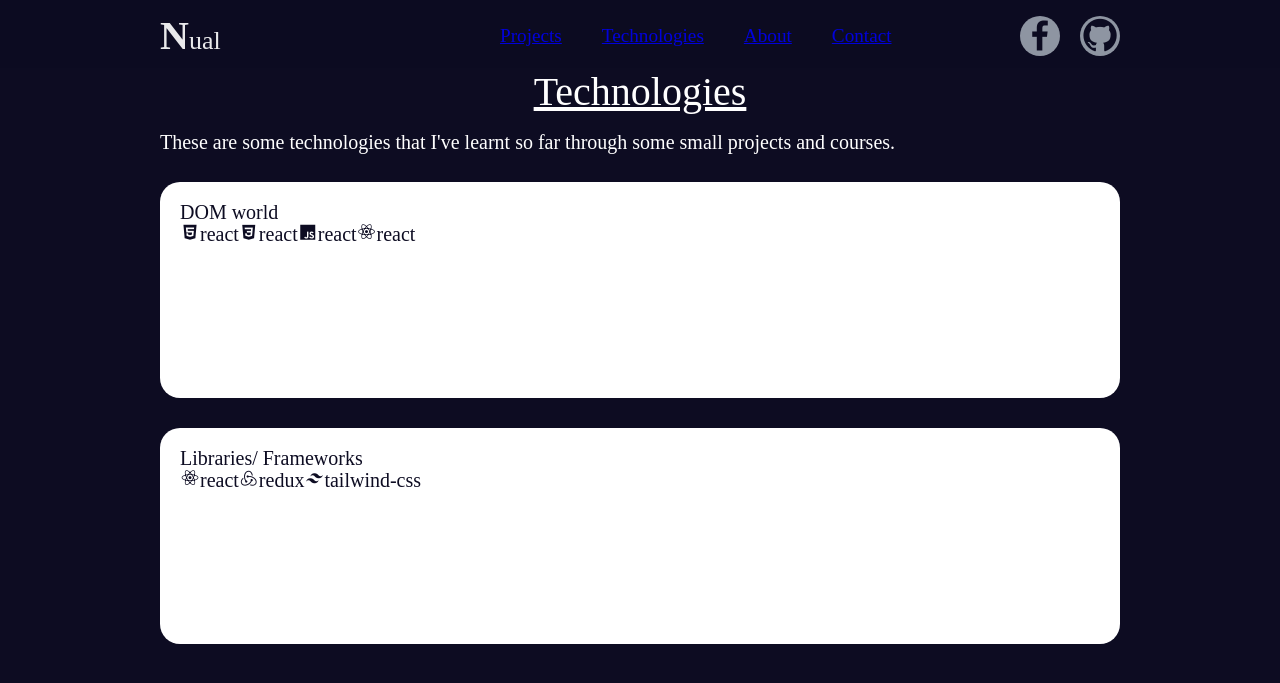
Repository: luanhoang0902/profile-react
Page: /Technologies
An editor plug-in stored every save of this project. The page is shown before and after the next save, followed by the edit.
The browser window is 1280 px wide. The pictures show the whole page.
The project was rebuilt for these pictures with package versions that can differ from the ones it lists, and the page was loaded fresh each time. Also part of the build but not shown: src/css/Projects.css, src/features/Projects.jsx, src/css/About.css, src/features/About.jsx, src/css/Contact.css, src/features/Contact.jsx.

Above is the page before, as saved 2022-05-22 12:02:19.

### public/index.html
<!DOCTYPE html>
<html lang="en">
  <head>
    <meta charset="utf-8" />
    <link rel="icon" href="%PUBLIC_URL%/favicon.ico" />
    <meta name="viewport" content="width=device-width, initial-scale=1" />
    <meta name="theme-color" content="#000000" />
    <meta
      name="description"
      content="Web site created using create-react-app"
    />
    <link rel="apple-touch-icon" href="%PUBLIC_URL%/logo192.png" />
    <!--
      manifest.json provides metadata used when your web app is installed on a
      user's mobile device or desktop. See https://developers.google.com/web/fundamentals/web-app-manifest/
    -->
    <link rel="manifest" href="%PUBLIC_URL%/manifest.json" />
    <!--
      Notice the use of %PUBLIC_URL% in the tags above.
      It will be replaced with the URL of the `public` folder during the build.
      Only files inside the `public` folder can be referenced from the HTML.

      Unlike "/favicon.ico" or "favicon.ico", "%PUBLIC_URL%/favicon.ico" will
      work correctly both with client-side routing and a non-root public URL.
      Learn how to configure a non-root public URL by running `npm run build`.
    -->
    <link rel="stylesheet"
    href="https://cdn.jsdelivr.net/npm/boxicons@latest/css/boxicons.min.css">
    <!-- or -->
    <link rel="stylesheet"
    href="https://unpkg.com/boxicons@latest/css/boxicons.min.css">
    <title>React App</title>
  </head>
  <body>
    <noscript>You need to enable JavaScript to run this app.</noscript>
    <div id="root"></div>
    <!--
      This HTML file is a template.
      If you open it directly in the browser, you will see an empty page.

      You can add webfonts, meta tags, or analytics to this file.
      The build step will place the bundled scripts into the <body> tag.

      To begin the development, run `npm start` or `yarn start`.
      To create a production bundle, use `npm run build` or `yarn build`.
    -->
  </body>
</html>

### src/App.js
import './App.css';
import Intro from './components/Intro';
import Header from './components/Header'
import { Route, Routes } from 'react-router-dom';
import Projects from './features/Projects';
import Technologies from './features/Technologies';
import About from './features/About';
import Contact from './features/Contact';

function App() {
  return (
    <div className="App" style = {{background: '#0d0c22', color: '#fff'}}>
      <Intro/>
      <Header/>
      <Routes>
        <Route path = '/Projects' element = {<Projects/>} exact />
        <Route path = '/Technologies' element = {<Technologies/>} exact />
        <Route path = '/About' element = {<About/>} exact />
        <Route path = '/Contact' element = {<Contact/>} exact />
      </Routes>
    </div>
  );
}

export default App;

### src/App.css
/* http://meyerweb.com/eric/tools/css/reset/
   v2.0 | 20110126
   License: none (public domain)
*/
* {
	box-sizing: border-box;
}

html, body, div, span, applet, object, iframe,
h1, h2, h3, h4, h5, h6, p, blockquote, pre,
a, abbr, acronym, address, big, cite, code,
del, dfn, em, img, ins, kbd, q, s, samp,
small, strike, strong, sub, sup, tt, var,
b, u, i, center,
dl, dt, dd, ol, ul, li,
fieldset, form, label, legend,
table, caption, tbody, tfoot, thead, tr, th, td,
article, aside, canvas, details, embed,
figure, figcaption, footer, header, hgroup,
menu, nav, output, ruby, section, summary,
time, mark, audio, video {
	margin: 0;
	padding: 0;
	border: 0;
	font-size: 100%;
	font: inherit;
	vertical-align: baseline;
}
/* HTML5 display-role reset for older browsers */
article, aside, details, figcaption, figure,
footer, header, hgroup, menu, nav, section {
	display: block;
}
body {
	line-height: 1;
}
ul {
	list-style: none;
}
blockquote, q {
	quotes: none;
}
blockquote:before, blockquote:after,
q:before, q:after {
	content: '';
	content: none;
}
table {
	border-collapse: collapse;
	border-spacing: 0;
}

### src/components/Intro.jsx
import React, { useEffect, useRef } from 'react';
import PropTypes from 'prop-types';

import "../css/Intro.css"

Intro.propTypes = {

};

function Intro(props) {

    const intro = useRef()

    useEffect(() => {
        console.log(intro.current)
        setTimeout(() => {
            intro.current.classList.add('up')
        },4000)
    },[])

    return (
        <div className="intro" ref = {intro}>
            <span className="text-1">
                <div></div>
            </span>
            <span className="text-2">P</span>
            <span className="text-3">E</span>
            <span className="text-4">N</span>
        </div>
    );
}

export default Intro;

### src/components/Header.jsx
import React, { useEffect, useRef } from "react";
import PropTypes from "prop-types";

import "../css/Header.css";
import { Link } from "react-router-dom";

Header.propTypes = {};

function Header(props) {
  const varHeader = useRef();

  useEffect(() => {
    window.addEventListener("scroll", (event) => {
      let scrollY = window.scrollY;
      scrollY > 180
        ? varHeader.current.classList.add("abc")
        : varHeader.current.classList.remove("abc");
    });
  }, []);

  return (
    <div className="header" ref={varHeader}>
      <div className="header__content">
        <div className="header__one">Nual</div>
        <div className="header__two">
          <div>
            <Link to="/Projects">Projects</Link>
          </div>
          <div>
            <Link to="/Technologies">Technologies</Link>
          </div>
          <div>
            <Link to="/About">About</Link>
          </div>
          <div>
            <Link to="/Contact">Contact</Link>
          </div>
        </div>
        <div className="header__three">
          <a href="https://www.facebook.com/profile.php?id=100029577947626">
            <i class="bx bxl-facebook"></i>
          </a>
          <a href = 'https://github.com/luanhoang0902 '>
            <i class="bx bxl-github"></i>
          </a>
        </div>
      </div>
    </div>
  );
}

export default Header;

### src/features/Technologies.jsx
import React from 'react';
import PropTypes from 'prop-types';

import "../css/Technologies.css"

Technologies.propTypes = {

};
const doms = ["html5", "css3", "javascript", "react"]
function Technologies(props) {
    return (
        <div className = 'technologies'>
            <u>Technologies</u>
            <div className = 'technologies__content'>
                <span >
                These are some technologies that I've learnt
                so far through some small projects and courses.
                </span>
                <div className = 'technologies__content-1'>DOM world
                    <div className = 'technologies__content-item1'>
                    <ul>
                        {doms.map((dom) => (
                            <i class={`bx bxl-${dom}`}>react</i>
                        ))}
                    </ul>
                    </div>
                </div>
                <div className = 'technologies__content-2'>Libraries/ Frameworks
                    <div className = 'technologies__content-item2'>
                    <i class='bx bxl-react'>react</i>
                    <i class='bx bxl-redux'>redux</i>
                    <i class='bx bxl-tailwind-css' >tailwind-css</i>
                    </div>
                </div>
            </div>
        </div>
    );
}

export default Technologies;

### src/css/Intro.css
@import url(./variable.css);

.intro {
    position: fixed;

    height: 100vh;
    width: 100vw;
    background-color: var(--black);

    color: var(--white);
    text-align: center;
    line-height: 100vh;

    font-size: 60px;
    font-weight: 600;
    transition: all 2s ease-out;
    z-index: 100;
}
.up {
    transform: translateY(-100%);
    opacity: 0;
}
.intro  span {
    display: inline-block;
}
.text-1 {
    display: inline-block;

    height: 50px;
    width: 50px;
    background-color: white;

    border: 5px solid var(--white);
    border-radius: 50%;

    animation: up 2s  infinite linear;
}
.text-2 {
    animation: up 2s  infinite linear 0.25s;
}
.text-3 {
    animation: up 2s  infinite linear 0.5s;
}
.text-4 {
    animation: up 2s  infinite linear 0.75s;
}
.text-1 div {
    height: 30px;
    width: 30px;
    background-color: white;

    border: 10px solid var(--black);
    border-right: transparent solid 10px;
    border-radius: 50%;

    animation: xoay 5s  infinite linear;
}
/* .in {
    height: 20px;
    width: 20px;
    background-color: white;

    border-right: 10px solid var(--black);
    border-radius: 50%;
} */

@keyframes xoay {
    from {
        transform: rotate(0);
    }
    to{
        transform: rotate(360deg);
    }
}

@keyframes up {
    0% {
        transform: translateY(0px);
    }
    50% {
        transform: translateY(-20px);
    }
    100% {
        transform: translateY(0px);
    }
}

@keyframes non1 {
    to{
        transform: translateY(-100%);
    }
}

### src/css/Header.css
@import url(./variable.css);

.header {
    position: fixed;

    height: 10vh;
    width: 100vw;

}
.abc {
    background-color: var(--black)
}
.header__content {
    display: flex;

    height: 100%;
    width: 75vw;

    margin: 0 auto;
}
.header__content div {
    height: 100%;
    width: 25vw;

    line-height: 10vh;
}
.header__one {
    font-size: 26px;
}
.header__one::first-letter {
    font-size: 40px;
    font-weight: 600;
}
.header__two {
    display: flex;
}
.header__two div {
    color: var(--gray);
    font-size: 1.2rem;

    transition: all 0.5s ease;
    margin: 0 20px;
}
.header__two div:hover {
    color: var(--white);
    transform: scale(1.2);
    cursor: pointer;
}
.header__three div:hover {
    background-color: var(--white);
    transform: scale(1.2);
    cursor: pointer;
}
.header__three {
    display: flex;
    align-items: center;
    justify-content: flex-end;
}
.header__three a {
    height: 40px;
    width: 40px;
    background-color: var(--gray);

    border-radius: 50%;
    margin-left: 20px ;

    color: var(--black);
    font-size: 40px;
    text-align: center;
    line-height:40px;

}

### src/css/Technologies.css
.technologies {
    height: 100vh;
    width: 75vw;


    margin: 0 auto;
    padding-top: 10vh;

    text-align: center;
    font-size: 20px;
}
.technologies u {
    font-size: 40px;
}
.technologies__content {
    width: 75vw;

    margin-top: 20px;

    text-align: left;
}
.technologies__content-1,
.technologies__content-2 {
    height: 30vh;
    width: 75vw;

    background-color: var(--white);

    margin-top: 30px;
    padding: 20px;

    color: var(--black);

    border-radius: 20px;
}

### src/css/variable.css
:root {
    --black: #0d0c22;
    --white: white;
    --gray: #9ca3af;
}

Loaded but not shown: src/index.js (common file)

After the next save:
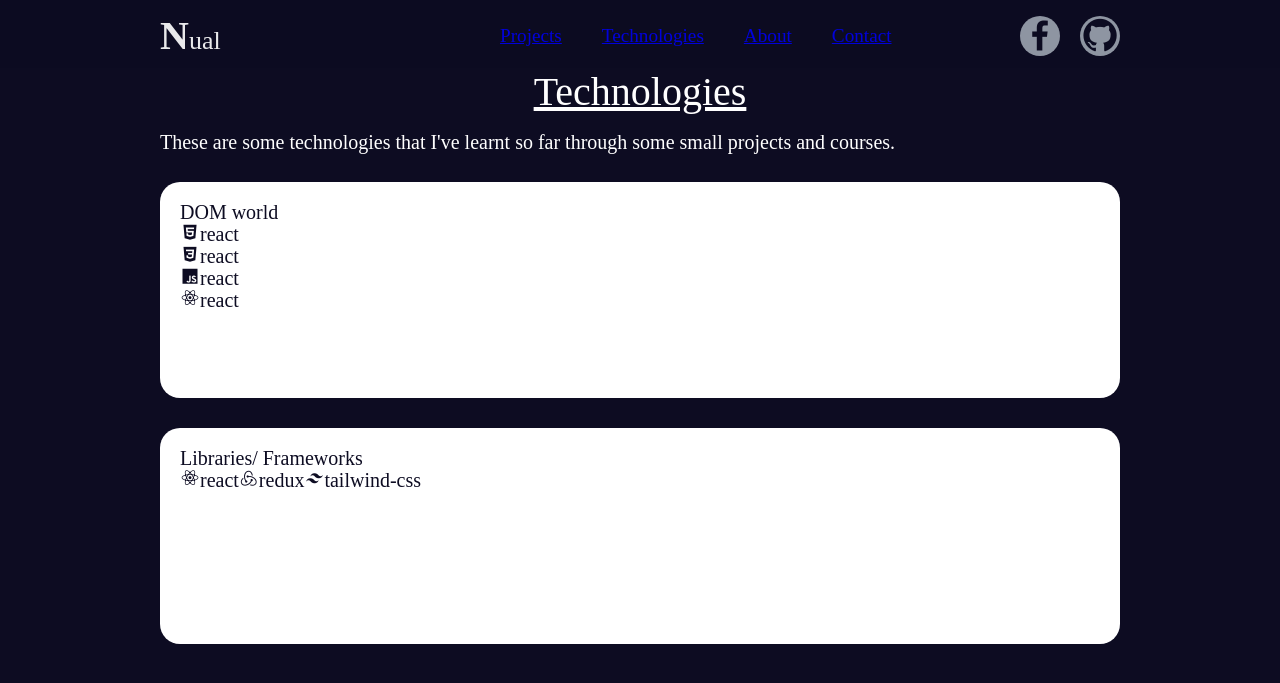
Saved 33 s later.
--- a/src/features/Technologies.jsx
+++ b/src/features/Technologies.jsx
@@ -20,7 +20,7 @@ function Technologies(props) {
                     <div className = 'technologies__content-item1'>
                     <ul>
                         {doms.map((dom) => (
-                            <i class={`bx bxl-${dom}`}>react</i>
+                            <li><i class={`bx bxl-${dom}`}>react</i></li>
                         ))}
                     </ul>
                     </div>
